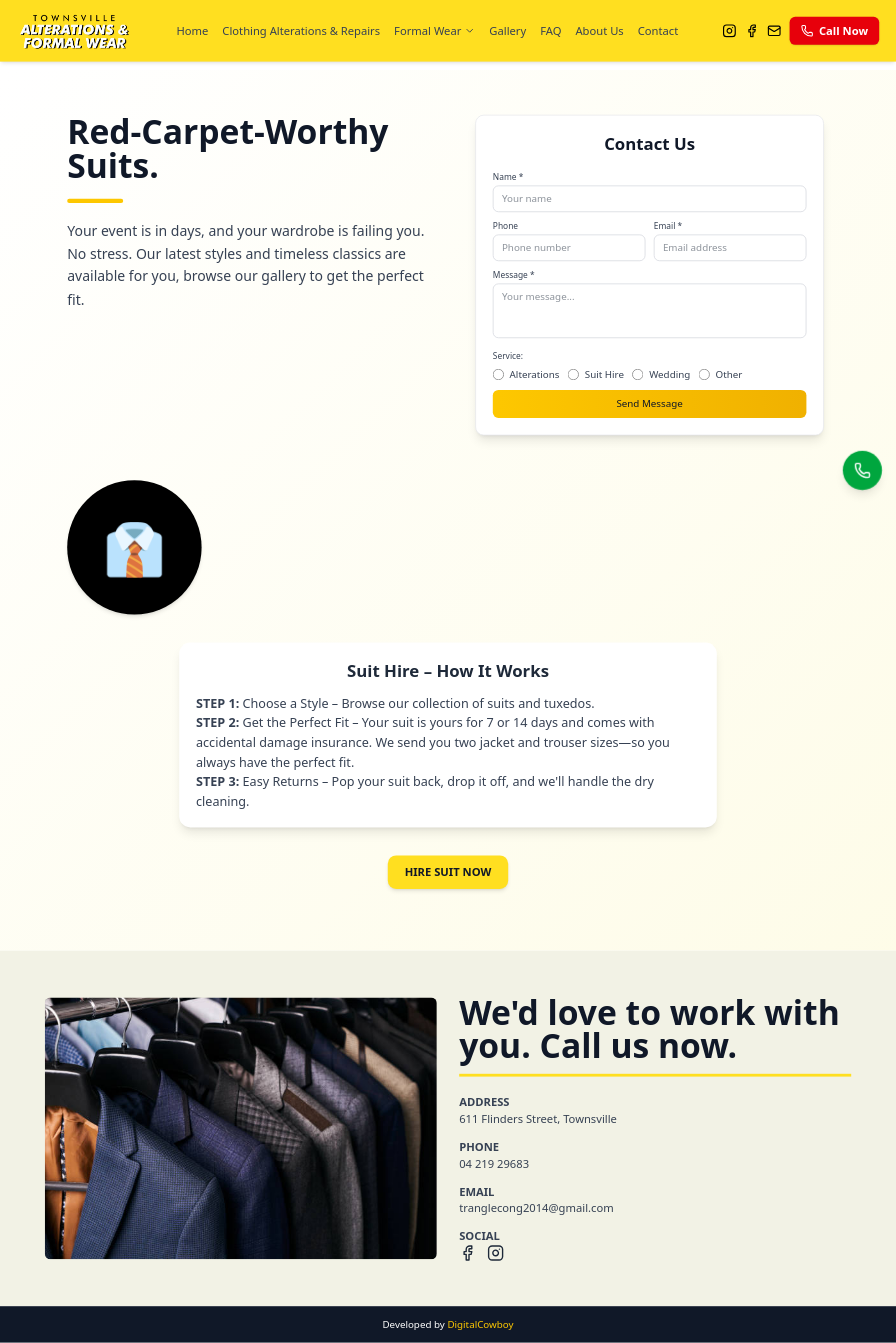
Repository: tarekhasan1/townsville-alteration
Page: /suit-hire
The author's editor kept a copy of each file at every save. The page is drawn from the files as they stood at one save, then again after the next save.
The browser window is 1280 px wide. The pictures show the whole page, at 70% of full size.
The page's requests for data from a server got no answer. The project was rebuilt for these pictures with package versions that can differ from the ones it lists, and the page was loaded fresh each time. The framework's server and built-in components were replaced by stand-ins that run in the browser. No one was signed in, and anything a server would have sent is missing. Also part of the build but not shown: next.config.ts.

Above is the page before, as saved 2026-01-31 11:11:00.

After the next save:
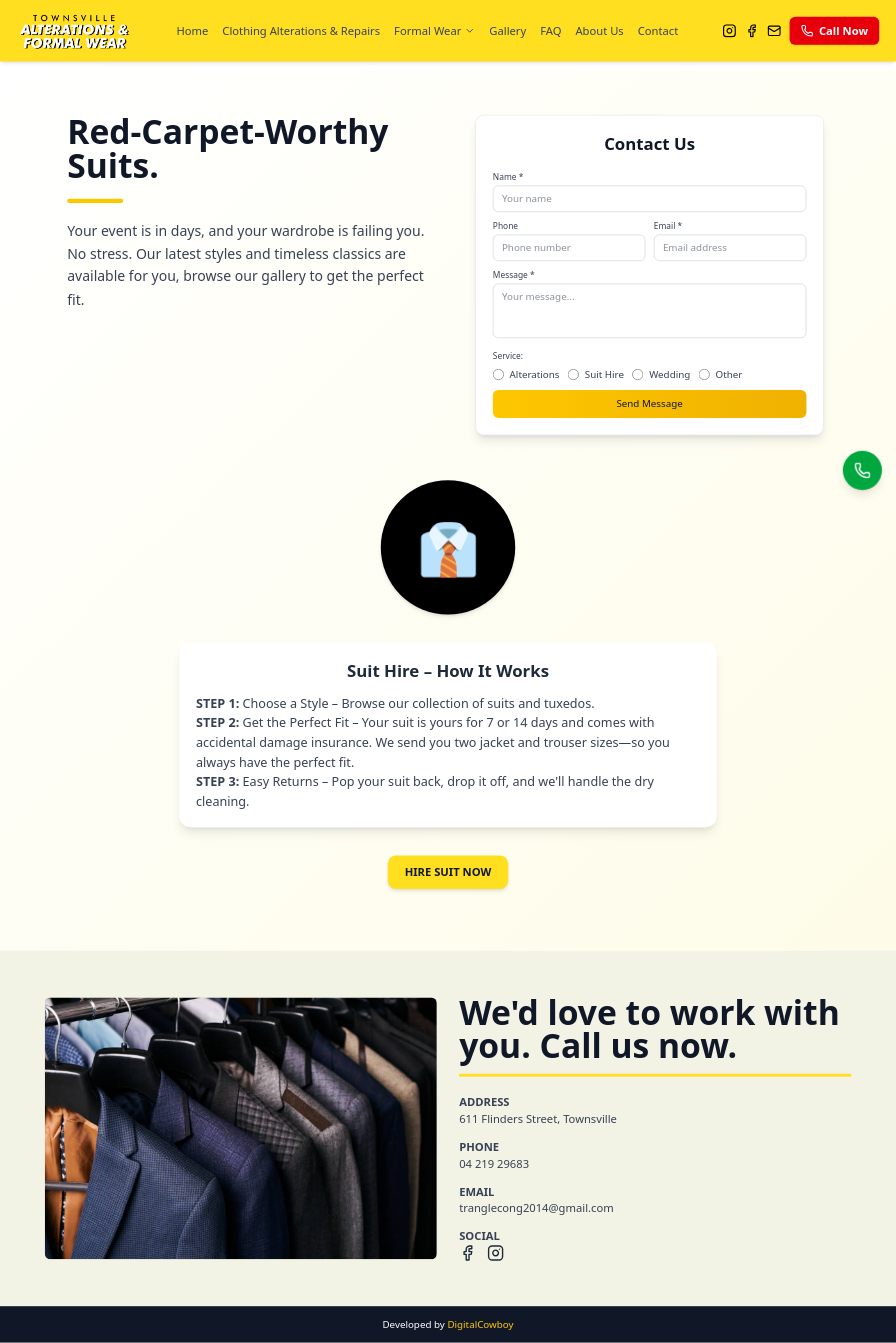
Saved 18 s later.
--- a/src/components/SuitHireSection.tsx
+++ b/src/components/SuitHireSection.tsx
@@ -44,7 +44,7 @@ export default function SuitHireSection() {
 
         {/* How It Works Section */}
                     {/* Suit Icon */}
-            <div className="flex justify-center lg:justify-start my-10" role="img" aria-label="Suit icon">
+            <div className="flex justify-center my-10" role="img" aria-label="Suit icon">
               <div className="w-24 md:w-48 h-24 md:h-48 bg-black rounded-full flex items-center justify-center shadow-md">
                 <span className="text-white text-4xl md:text-7xl">👔</span>
               </div>
